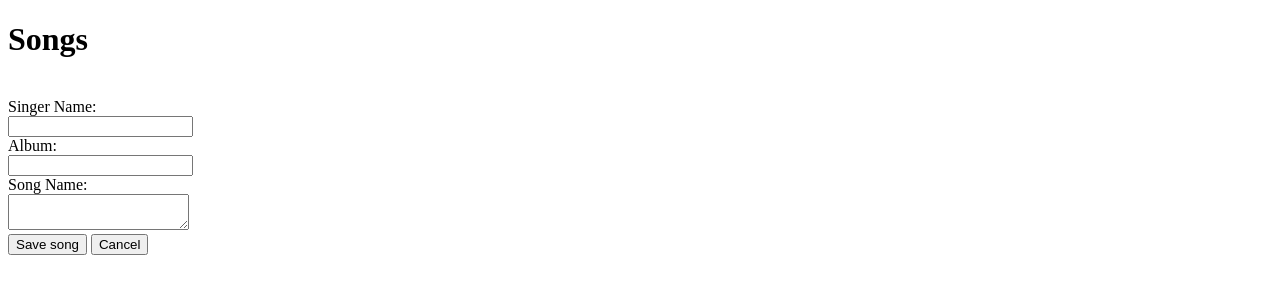
Repository: taudordenisa/proiect-cloud-computing
Page: frontend/index.html
The author's editor kept a record of every edit. The page is drawn from the files as they stood at one moment, then again after the next edit.
The browser window is 1280 px wide. The pictures show the whole page.

Above is the page before.

### frontend/index.html
<!DOCTYPE html>
<html>
    <head>
        <title>Songs list</title>
    </head>
    <body>
        <h1>Songs</h1>
    </body>

    <form onSubmit="saveMessage(event)">
            <input type="hidden" name="id" id="id"/> <br/>
            Singer Name:<br/>
            <input type="text" name="singer" id="singer"/> <br/>
            Album:<br/>
            <input type="text" name="album" id="album"> <br/>
            Song Name:<br/>
            <textarea name="name" id="name"></textarea> <br/>
            <input type="submit" value="Save song">
            <input type="reset" value="Cancel">
    </form>
</html>

After the next edit:
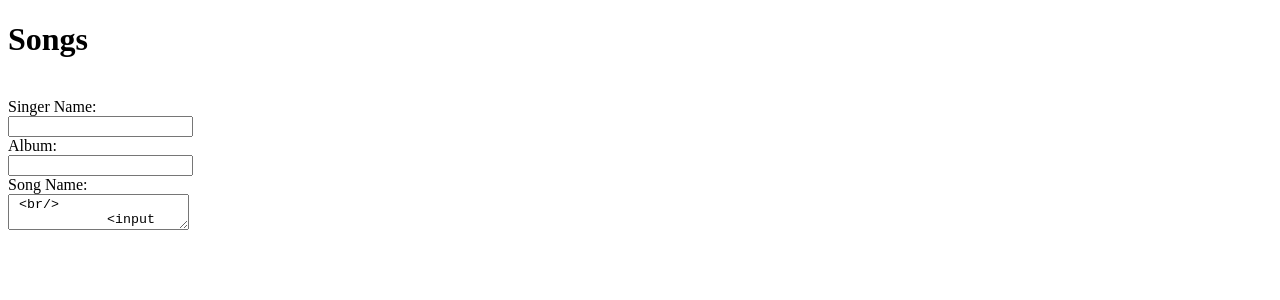
The edit:
--- a/frontend/index.html
+++ b/frontend/index.html
@@ -14,7 +14,7 @@
             Album:<br/>
             <input type="text" name="album" id="album"> <br/>
             Song Name:<br/>
-            <textarea name="name" id="name"></textarea> <br/>
+            <textarea name="name" id="name"/> <br/>
             <input type="submit" value="Save song">
             <input type="reset" value="Cancel">
     </form>
